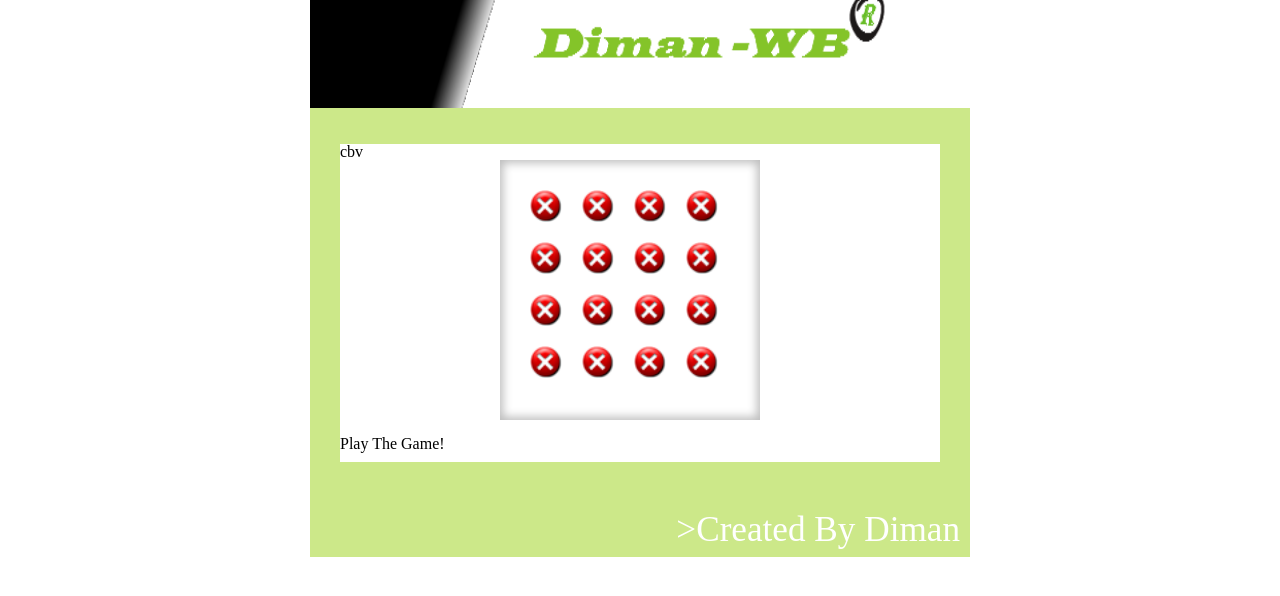
Repository: dn222em/1dv403-laborationer
Page: 3-gameon/index.html
The author's editor kept a record of every edit. The page is drawn from the files as they stood at one moment, then again after the next edit.
The browser window is 1280 px wide. The pictures show the whole page.

Above is the page before.

### 3-gameon/index.html
<!doctype html>
<html lang="sv">
<head>

        <meta charset="utf-8">
        <title>Game On</title>
        <link rel="stylesheet" href="style.css" />
        <script type="text/javascript" src="memory/script/random.js"></script>
        <script type="text/javascript" src="memory/script/MemoryBoard.js"></script>

</head>
<body>
    <div id="container">
        <header>
			<h1>Memory Game</h1>
		</header>
    <main id="main">
        cbv
        <div id="memoryBoard">
        </div>
                <br />
    <p>Play The Game!</p>
    </main>
            <footer id="footer"><p>>Created By Diman</p></footer>
    </div>
</body>

</html>

### 3-gameon/style.css



/*Reset-styleshhet
-----------------------------------------------------------------------------*/
/* http://meyerweb.com/eric/tools/css/reset/
   v2.0 | 20110126
   License: none (public domain)
*/

html, body, div, span, applet, object, iframe,
h1, h2, h3, h4, h5, h6, p, blockquote, pre,
a, abbr, acronym, address, big, cite, code,
del, dfn, em, img, ins, kbd, q, s, samp,
small, strike, strong, sub, sup, tt, var,
b, u, i, center,
dl, dt, dd, ol, ul, li,
fieldset, form, label, legend,
table, caption, tbody, tfoot, thead, tr, th, td,
article, aside, canvas, details, embed,
figure, figcaption, footer, header, hgroup,
menu, nav, output, ruby, section, summary,
time, mark, audio, video {
	margin: 0;
	padding: 0;
	border: 0;
	font-size: 100%;
	font: inherit;
	vertical-align: baseline;
}
 HTML5 display-role reset for older browsers
article, aside, details, figcaption, figure,
footer, header, hgroup, menu, nav, section {
	display: block;
}
body {
	line-height: 1;
}
ol, ul {
	list-style: none;
}
blockquote, q {
	quotes: none;
}
blockquote:before, blockquote:after,
q:before, q:after {
	content: '';
	content: none;
}
table {
	border-collapse: collapse;
	border-spacing: 0;
}
/*End of Reset - stylesheet
--------------------------------------------------------------------
/*CSS -Stylesheet
======================================================================================================*/
#container{
    width: 660px;
    height:auto;
	background-color:#cce889;/*#c2d8fc;*/
	margin:0 auto;
	padding:0;
	background-image:url("pics/20.png");
	background-repeat:no-repeat;
	background-size:660px 130px;
	margin-top:-22px;

}


h1{
	margin-bottom:50px;
}


#main {

	background-color: #FFF;
	width: 600px;
	margin:10px auto 10px auto;
	height:auto;
	margin-top:150px;
	padding-bottom:10px;
}




footer{
	margin-top:50px;
	clear:both;
}

footer p {
	font-family:'Pacifico', cursive;
	font-size:2.2em;
	text-align:right;
	color:#fff;
	margin:10px;
	padding-bottom:10px;
}
.comment-paragraf{
	width:500px;
	margin:2px;
}
/*=======================================================p - total comments*/
.count-comments{
	font-size:1em;
	font-family:'Times';
	float:right;
	margin-right:26px;
	margin-bottom:-2px;
	color:#888;
}

.count-length{
	font-size:1.3em;

}

/*=========================================================page*/
#page{
	width:auto;
	height:auto;
	color:#555;
	margin:20px;
	border-bottom:1px solid #e1e1e1;
	border:none;

}

/*==========================================================comment area*/
.main-comment{
	margin:20px;
	width:auto;
	height:auto;
	color:#444;

}

.comment-title{

	height:45px;
	line-height:37px;
	font-size:1.4em;
	font-family:'Arial';
	margin:0 5px 0 5px;
	color:#555;
	margin-top:80px;

}

/*====================================================posted comments*/
.comments-list{
	font-size:1em;
	font-family:'Times';
	margin:10px 5px 10px 5px;
	color:#555;
	color:#766;

}

#comment-holder{
	list-style-type:none;
	margin:0px;
	padding:0px;
	width:auto;
	height:auto;
}


.comment-holder-li{
	list-style-type:none;
	margin:5px 0px 5px 0px;
 	border:1px solid black;/*#e1e1e1;*/
 	padding-left:5px;
 	padding-right:5px;
	background-color:#cce889;
	min-height:80px;
	display:block;


}

.comment-holder-li:hover{
	background-color:#FDB;
}

/*=======================================================date*/
.comment-date{
	float:right;
}

.writen-date{

	font-family:Arial;
	color:red;
	font-size:0.7em;
	float:right;
	position: relative;
	margin-right:18px;
	padding-top:10px;
	margin-top:-25px;

}


/*========================================================buttons*/

.comment-upp-buttons ul{
    margin: 10px;
    padding: 5px;

}

.comment-upp-buttons li{

   	width: 60px;
    display: inline;
    border:none;
	list-style-type: none;
	padding: 10px;


}

.date-button, .delete-button{
	width: 60px;
    display: inline;
	float:right;
	position: relative;
	width:24px;
	height:24px;
	top:-10px;
	cursor:pointer;


}

.date-button:hover{
	-webkit-transform: scale(1.2);
    -moz-transform: scale(1.2);
    transform: scale(1.2);
}
.date-button:active{
	-webkit-transform: scale(1);
    -moz-transform: scale(1);
    transform: scale(1);
}

.delete-button:hover{
	-webkit-transform: scale(1.2);
    -moz-transform: scale(1.2);
    transform: scale(1.2);
}
.delete-button:active{
	-webkit-transform: scale(1.0);
    -moz-transform: scale(1.0);
    transform: scale(1.0);
}


/*==================================================comments textarea*/
.comment-box{
	height:130px;
	width:auto;
	margin:5px;
	margin-right:20px;
	margin-left:25px;
	margin-top:55px;
	min-height:100px;


}

#comment-box{
	width:98%;
	color:#223;/*#272426;*/
	height:98%;
	position:relative;
	resize:none;
	margin-top:-1px;

}

#comment-box:hover{
	border:2px solid #279521;
}

#comment-publish-button{
	margin-top:-2px;
	float:right;
	margin-right:25px;

}
/*=============================memory board=========*/
#memoryBoard{
	width: 220px;
	height:220px;

	background-color:#fff;/*#e1e1e1;*/

	padding:20px 20px  20px 20px;
	margin-left:160px;

	box-shadow:3px 0px 8px  0px #bdbdbd inset;
	box-shadow:0px 0px 10px  3px #bdbdbd inset;
}


/*========================default pictures==============*/
.defaultPicture{
	cursor:pointer;
	float:left;
	padding-right:10px;
	padding-left:10px;
	padding-bottom:10px;
	padding-top:10px;
	width:32px;
	height:32px;

}

.defaultPicture:hover{
	-webkit-transform: scale(1.2);
    -moz-transform: scale(1.2);
    transform: scale(1.2);
}
.defaultPicture:active{
	-webkit-transform: scale(1);
    -moz-transform: scale(1);
    transform: scale(1);
}

.defaultPicture:hover{
	-webkit-transform: scale(1.2);
    -moz-transform: scale(1.2);
    transform: scale(1.2);
}
.defaultPicture:active{
	-webkit-transform: scale(1.0);
    -moz-transform: scale(1.0);
    transform: scale(1.0);
}

### 3-gameon/memory/script/MemoryBoard.js
"use strict";
/* I denna fil körs vår applikation.
 * Vi använder window.onload för att starta applikationen när
 * fönstret laddat klart. *
 */
var MemoryBoard = {

    count : 0,

    init : function (){

        ++MemoryBoard.count;

        var defaultPictures = [];
        var picture=null;
        var memoryBoard=null;

        pushElements(defaultPictures);

        function pushElements(defaultPictures){
            for (var i =0; i<16; i++){
                console.log(i);
                picture = document.createElement("img");
                memoryBoard = document.getElementById("memoryBoard");
                document.getElementById("memoryBoard").appendChild(picture);
                picture.setAttribute("src", "memory/pics/0.png");
                picture.addEventListener("click", showImage(picture.setAttribute("src", "memory/pics/0.png")));


                picture.id="picture No"+ MemoryBoard.count;
                picture.className="defaultPicture";
                MemoryBoard.count++;
                picture.innerHTML;
                memoryBoard.appendChild(picture);
                defaultPictures.push(picture);
                console.log(defaultPictures);

            }
        }
        function showImage(){

            return picture.setAttribute("src", "memory/pics/1.png");

            /*picture = document.createElement("img");
            memoryBoard = document.getElementById("memoryBoard");
            document.getElementById("memoryBoard").appendChild(picture);
            picture.setAttribute("src", "memory/pics/1.png");

            picture.id="picture No"+ MemoryBoard.count;
            picture.className="defaultPicture";
            MemoryBoard.count++;
            picture.innerHTML;
            memoryBoard.appendChild(picture);*/
        }


        /*var memoryBoard = document.getElementById("memoryBoard");


        //memoryBoard.appendChild(picture);


        var gameBoard = document.createElement("div");
        document.getElementById("memoryBoard").appendChild(gameBoard);
        gameBoard.innerHTML = pushElements();
        memoryBoard.appendChild(gameBoard);*/


       // = url("../pics/0.png");
        console.log("hello");
                console.log(defaultPictures);
                                console.log();



    }

};

window.onload = MemoryBoard.init;

Loaded but not shown: 3-gameon/memory/script/random.js (no copy from this time; the picture is the same without it)

After the next edit:
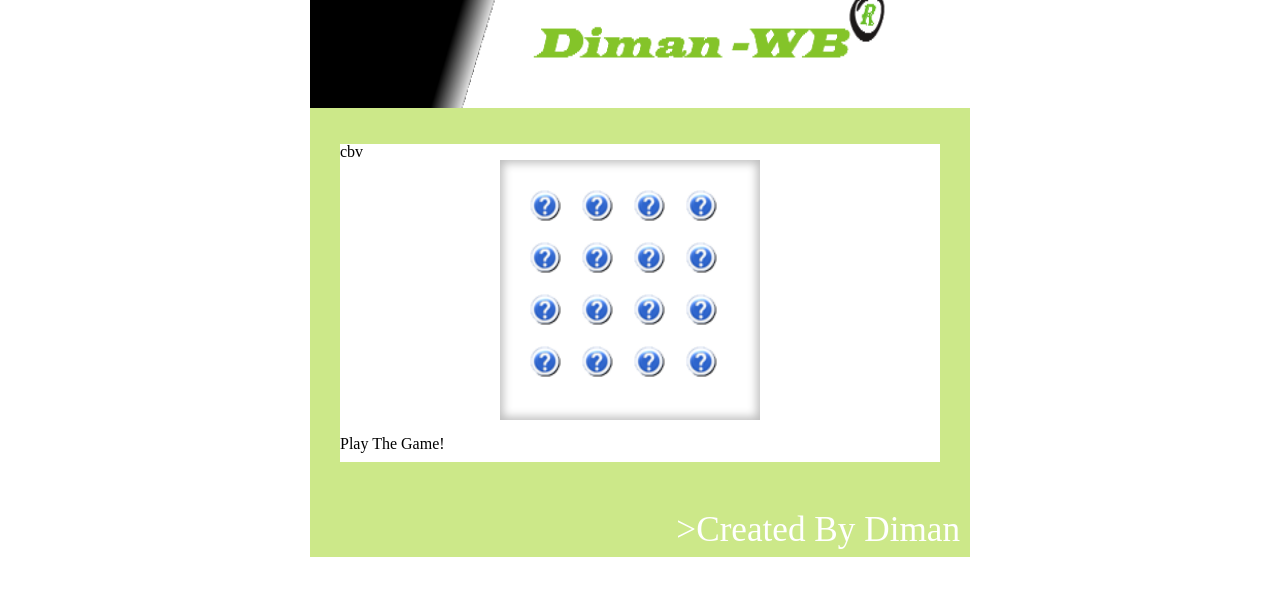
The edit:
--- a/3-gameon/memory/script/MemoryBoard.js
+++ b/3-gameon/memory/script/MemoryBoard.js
@@ -24,7 +24,9 @@
                 memoryBoard = document.getElementById("memoryBoard");
                 document.getElementById("memoryBoard").appendChild(picture);
                 picture.setAttribute("src", "memory/pics/0.png");
-                picture.addEventListener("click", showImage(picture.setAttribute("src", "memory/pics/0.png")));
+                picture.setAttribute("onClick", "");
+
+                picture.addEventListener("click", showImage);
 
 
                 picture.id="picture No"+ MemoryBoard.count;
